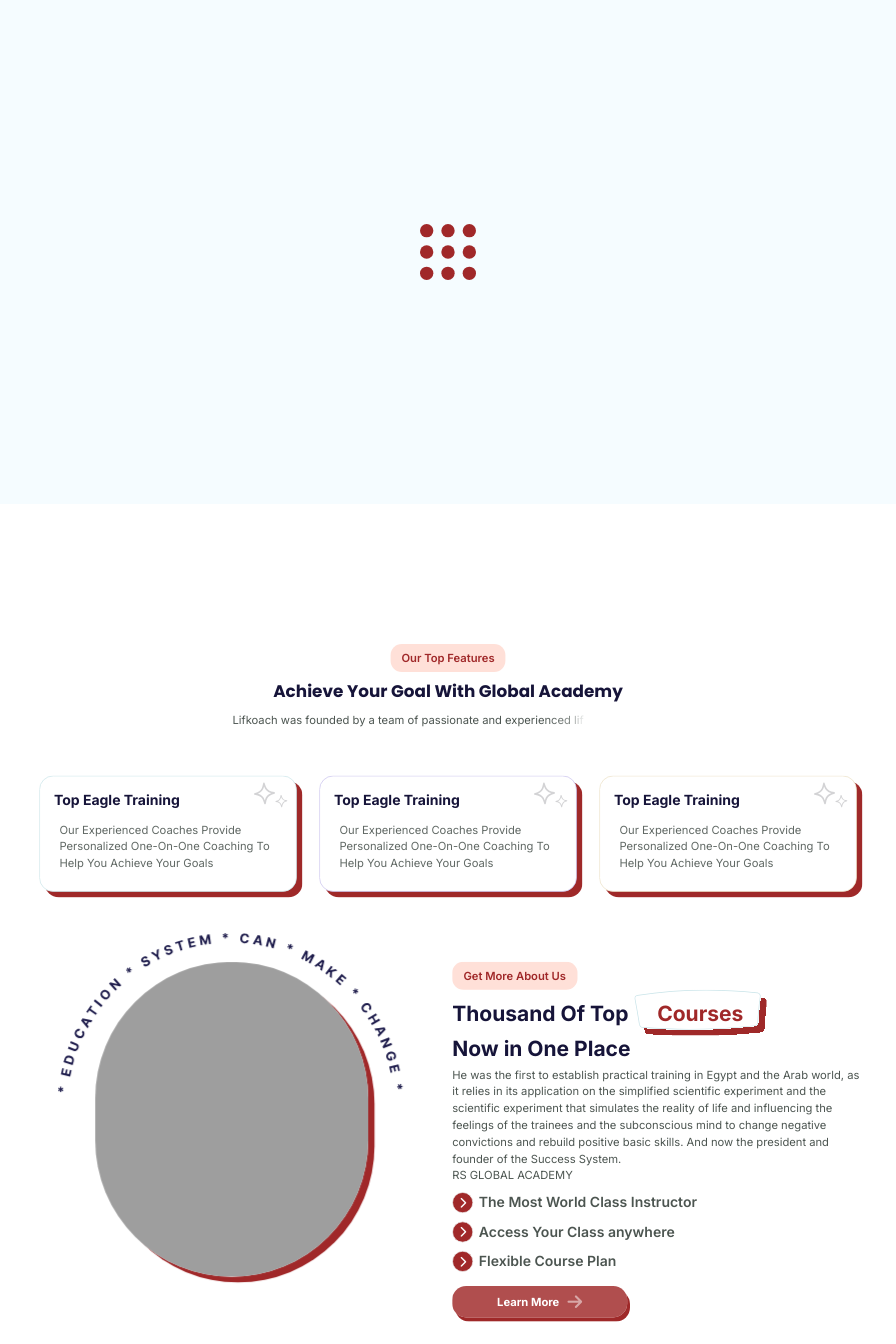
Repository: OmarAhmedEl-hanafy/OT_FRONT
Page: /
These files come from the project's save history. The page is drawn as it stood at one moment and after the next save; the edit follows.
The browser window is 1280 px wide. The pictures show the part of the page from y = 0 to 1920 px (the page is 5898 px tall), at 70% of full size.
Pictures or frames that could not be fetched are drawn as grey boxes. The page's requests for data from a server got no answer. The project was rebuilt for these pictures with package versions that can differ from the ones it lists, and the page was loaded fresh each time. No one was signed in, and anything a server would have sent is missing. Also part of the build but not shown: vite.config.ts, src/components/Legout/Legout.tsx, src/pages/AboutUs/AboutUs.css, src/pages/AboutUs/Section2.tsx, src/pages/AboutUs/Section3.tsx, src/pages/AboutUs/Section4.css, src/pages/AboutUs/Section4.tsx, src/pages/AboutUs/AboutUs.tsx and 28 more. Imported but missing from the stored project, and not drawn on this page: src/assets/images/video-1.mp4.

Above is the page before, as saved 2024-07-31 14:45:21.

### index.html
<!doctype html>
<html lang="en">
  <head>
    <meta charset="UTF-8" />
    <link rel="icon" type="image/svg+xml" href="/dist/OT_Logo.png" />
    <meta name="viewport" content="width=device-width, initial-scale=1.0" />
    <title>OT-Learning</title>
  </head>
  <body>
    <div id="root"></div>
    <script type="module" src="/src/main.tsx"></script>
  </body>
</html>

### src/main.tsx
import React from "react";
import ReactDOM from "react-dom/client";
import { BrowserRouter } from "react-router-dom";
import "@fortawesome/fontawesome-free/css/all.min.css";
import "slick-carousel/slick/slick.css";
import "slick-carousel/slick/slick-theme.css";
import 'react-toastify/dist/ReactToastify.css';
import App from "./App.tsx";
import "./index.css";
import { QueryClient, QueryClientProvider } from "react-query";
import { ThemeProvider } from "@material-tailwind/react";

const queryClient = new QueryClient();

ReactDOM.createRoot(document.getElementById("root")!).render(
  <React.StrictMode>
    <BrowserRouter>
      <QueryClientProvider client={queryClient}>
        <ThemeProvider>
          <App />
        </ThemeProvider>
      </QueryClientProvider>
    </BrowserRouter>
  </React.StrictMode>
);

### src/layouts/MainLayout.tsx
import { Outlet } from "react-router-dom";
import Navbar from "../components/Navbar/Navbar";
import Footer from "../components/Footer/Footer";
import { useRef } from "react";

function MainLayout() {
  const navRef = useRef(null);
  return (
    <>
      <Navbar ref={navRef} />
      <Outlet />
      <Footer />
    </>
  );
}

export default MainLayout;

### src/components/LoadingPage/LoadingPage.tsx
import { Grid } from "react-loader-spinner";

function LoadingPage() {
  return (
    <div className="absolute top-0 left-0 h-screen w-full bg-bg-main z-[9999999] flex items-center justify-center">
      <Grid
        visible={true}
        height="80"
        width="80"
        color="rgb(160,40,41)"
        ariaLabel="grid-loading"
        radius="12.5"
        wrapperStyle={{}}
        wrapperClass="grid-wrapper"
      />
    </div>
  );
}

export default LoadingPage;

### src/components/Logo/Logo.tsx
import { Link } from "react-router-dom";
import logo from "../../assets/images/logo.svg";

function Logo({height}:{height:number}) {
  return (
    <div>
      <Link to="/" style={{height:`${height}px`}} className={`text-white block max-w-max`}>
        <img src={logo} alt="RS" />
      </Link>
    </div>
  );
}

export default Logo;

### src/components/HomeComponents/PopularCourses.tsx
import TabsHome from "./TabsHome";

import imgcourse1 from "../../assets/images/courses/course-1.png";
import imgcourse2 from "../../assets/images/courses/course-2.png";
import imgcourse3 from "../../assets/images/courses/course-3.png";
import imgcourse4 from "../../assets/images/courses/course-4.png";
import axios from "axios";
import { useQuery } from "react-query";
import LoadingPage from "../LoadingPage/LoadingPage";

const imgsCourses = [imgcourse1, imgcourse2, imgcourse3, imgcourse4];

function PopularCourses() {
  const getCourses = () => {
    return axios.get(
      `${import.meta.env.VITE_APP_API_URL}/Courses/GetHomeCourses`
    );
  };

  const { data: courses, isLoading } = useQuery("getCourses", getCourses, {
    refetchOnMount: false,
    refetchOnWindowFocus: false,
    refetchInterval: false,
  });

  if (isLoading) return <LoadingPage />;

  return (
    <section className="my-[50px]">
      <div className="container">
        <h2 className="text-main-color text-4xl font-bold max-w-max mx-auto rounded-line ">
          Popular Courses
        </h2>

        {/* <h2 className="text-[#FD661F] font-bold mt-10 ml-5 animate-bounce"></h2> */}

        <div className="mt-[70px]">
          <TabsHome imgsCourses={imgsCourses} courses={courses} inHome = {true} />
        </div>
      </div>
    </section>
  );
}

export default PopularCourses;

### src/components/HomeComponents/AssistantCoach.tsx
import axios from "axios"
import HighLight from "../HighLight/HighLight"
import AssitantsSlider from "./AssitantsSlider"
import { useQuery } from "react-query";
import LoadingPage from "../LoadingPage/LoadingPage";

function AssistantCoach() {

  const GetInstructors = ()=> {
    return axios.get(`${import.meta.env.VITE_APP_API_URL}/Admin/GetInstructors`);
  }

  const {data:assitants, isLoading } = useQuery('GetInstructors',GetInstructors,{
    refetchInterval:false,
    refetchOnWindowFocus:false,
    refetchOnMount:false,
  })

  console.log(assitants);

  if(isLoading) return <LoadingPage/>


  return (
    <section className="my-[50px]">
        <div className="container">
            <div className="max-w-max mx-auto">
                <HighLight text={'Skilled Introduce'} />
            </div>
            <h2 className="text-xl md:text-2xl font-bold text-center mt-3">Our Top Class & Professional,<br/>
            Assistant Coach in One Place</h2>

            <AssitantsSlider assitants={assitants?.data} />
        </div>
    </section>
  )
}

export default AssistantCoach

### src/components/CarouselTest.tsx
/* eslint-disable @typescript-eslint/no-explicit-any */
import { useRef } from "react";
import Slider from "react-slick";

import img1 from "../assets/images/slider-header/step_1.png";
import img2 from "../assets/images/slider-header/step_2.png";
import img3 from "../assets/images/slider-header/step_3.png";
import img4 from "../assets/images/slider-header/step_4.png";
import img5 from "../assets/images/slider-header/step_5.png";

function Carousel() {
  let sliderRef1: any = useRef(null);
  let sliderRef2: any = useRef(null);

  const settings1 = {
    vertical: true,
    arrows: false,
    infinite: true,
    speed: 1000,
    slidesToShow: 1,
    slidesToScroll: 1,
  };

  const settings2 = {
    arrows: false,
    infinite: true,
    speed: 2000,
    slidesToShow: 1,
    slidesToScroll: 1,
  };

  const next = () => {
    sliderRef1.slickNext();
    sliderRef2.slickNext();
  };

  const previous = () => {
    sliderRef1.slickPrev();
    sliderRef2.slickPrev();
  };

  return (
    <div className="pb-[100px] text-white">
      <div className="relative border-2 h-full">
        <div className="">
          <Slider
            ref={(slider) => {
              sliderRef1 = slider;
            }}
            {...settings1}
            className=""
          >
            <div className="h-[450px] relative ">
              {/* <img className="w-full h-full" src={img1} alt="" /> */}
              <div className="desc mt-[70px] absolute w-1/2 left-[50px] flex flex-col justify-center">
                <h2 className="text-main-color text-4xl md:w-[50%] font-bold">
                  Transform your life with personalized coaching.
                </h2>
                <p className="w-[75%] text-black/70">
                  Empower yourself to unlock your full potential and transform
                  your life with personalized life coaching that guides you
                  towards clarity, confidence, and success.
                </p>
              </div>
            </div>
            <div className="h-[450px] relative">
              {/* <img className="w-full h-full" src={img2} alt="" /> */}
              <div className="desc mt-[70px] absolute w-1/2 left-[50px] flex flex-col justify-center">
                <h2 className="text-main-color text-4xl md:w-[50%] font-bold">
                  Achieve your goals and live your best life with expert
                  coaching.
                </h2>
                <p className="w-[75%] text-black/70">
                  Discover the power of life coaching to help you overcome
                  challenges, set meaningful goals, and achieve personal growth.
                  Our tailored coaching sessions provide support and guidance to
                  empower you to create a fulfilling and successful life.
                </p>
              </div>
            </div>
            <div className="h-[450px] relative">
              {/* <img className="w-full h-full" src={img3} alt="" /> */}
              <div className="desc mt-[70px] absolute w-1/2 left-[50px] flex flex-col justify-center">
                <h2 className="text-main-color text-4xl md:w-[50%] font-bold">
                  Realize Your Dreams and Excel with Professional Coaching.
                </h2>

                <p className="w-[75%] text-black/70">
                  Experience a journey of growth and success with our expert
                  life coaching. We provide personalized support to help you
                  reach your goals, overcome obstacles, and live your most
                  fulfilling life.
                </p>
              </div>
            </div>
            <div className="h-[450px] relative">
              {/* <img className="w-full h-full" src={img4} alt="" /> */}
              <div className="desc mt-[70px] absolute w-1/2 left-[50px] flex flex-col justify-center">
                <h2 className="text-main-color text-4xl md:w-[50%] font-bold">
                  Embrace elegance, ignite adventure, relish serenity, savor.
                </h2>
                <p className="w-[75%] text-black/70">
                  Ready to dive into luxury? Take a lightning tour through our
                  hotel's highlights, igniting your anticipation for the lavish
                  comforts and exclusive experiences that await your arrival.
                </p>
              </div>
            </div>
            <div className="h-[450px] relative">
              {/* <img className="w-full h-full" src={img5} alt="" /> */}
              <div className="desc mt-[70px] absolute w-1/2 left-[50px] flex flex-col justify-center">
                <h2 className="text-main-color text-4xl md:w-[50%] font-bold">
                  Enter the realm, luxuriate in opulence, depart.
                </h2>
                <p className="w-[75%] text-black/70">
                  Prepare for a glimpse into paradise! Embark on a
                  lightning-fast journey through our hotel's offerings, teasing
                  the luxurious amenities and captivating experiences that await
                  your stay.
                </p>
              </div>
            </div>
          </Slider>
        </div>

        <div className="absolute top-0 w-full h-full flex place-items-center text-main-color bg-white bg-opacity-5 ">
          <div className="navs absolute bottom-[50px] left-[55%] translate-x-1/4 flex gap-5">
            <button
              onClick={previous}
              type="button"
              className="text-main-color bg-white bg-opacity-30 rounded-full w-[40px] h-[40px] flex items-center justify-center"
            >
              <i className="fa-solid fa-arrow-left"></i>
            </button>
            <button
              onClick={next}
              type="button"
              className="text-main-color bg-white bg-opacity-30 rounded-full w-[40px] h-[40px] flex items-center justify-center"
            >
              <i className="fa-solid fa-arrow-right"></i>
            </button>
          </div>

          <div className="max-w-max max-h-max ">
            <div className="w-[100vw]">
              <Slider
                ref={(slider) => {
                  sliderRef2 = slider;
                }}
                {...settings2}
              >
                <div className="">
                  <div className="h-[300px] max-w-[488px] m-auto translate-x-[50%]">
                    <img className="w-full h-full" src={img1} alt="" />
                  </div>
                </div>
                <div className="">
                  <div className="h-[300px]  max-w-[488px] m-auto translate-x-[50%]">
                    <img className="w-full h-full" src={img2} alt="" />
                  </div>
                </div>
                <div className="">
                  <div className="h-[300px]  max-w-[488px] m-auto translate-x-[50%]">
                    <img className="w-full h-full" src={img3} alt="" />
                  </div>
                </div>
                <div className="">
                  <div className="h-[300px]  max-w-[488px] m-auto translate-x-[50%]">
                    <img className="w-full h-full" src={img4} alt="" />
                  </div>
                </div>
                <div className="">
                  <div className="h-[300px]  max-w-[488px] m-auto translate-x-[50%]">
                    <img className="w-full h-full" src={img5} alt="" />
                  </div>
                </div>
              </Slider>
            </div>
          </div>
        </div>
      </div>
    </div>
  );
}

export default Carousel;

### src/components/AnimationText.tsx
import { motion } from "framer-motion";

type props = {
  obj: {
    text: string;
  };
};

const spanVariants = {
  hidden: {
    opacity: 0,
    x: "-20%",
  },
  visible: {
    opacity: 1,
    x: "0%",
  },
};

function AnimationText({ obj }: props) {
  const text = obj.text;

  return (
    <>
      {text.split("").map((char, index) => (
        <motion.span
          variants={spanVariants}
          initial="hidden"
          // animate={"visible"}
          whileInView={"visible"}
          transition={{ ease: "easeOut", duration: 1, delay: (0.3+index/10) }}
          key={index}
        >
          {char}
        </motion.span>
      ))}
    </>
  );
}

export default AnimationText;

### src/components/HighLight/HighLight.tsx

type props = {
    text:string,
}

function HighLight({text}:props) {
  return (
    <div className="bg-[#FFE0D8] text-main-color px-4 py-2 rounded-2xl max-w-max">
        <h5 className="capitalize text-[16px] font-semibold">{text}</h5>
    </div>
  )
}

export default HighLight

### src/components/ButtonMore/ButtonMore.tsx
import { Link } from "react-router-dom"

type props = {
    obj : {
        link:string,
        text:string,
    }
}

function ButtonMore({obj}:props) {
  return (
    <Link to={obj.link} className="btn btn-main btn-more w-[250px]" data-content ={obj.text}>
        {obj.text}
        <i className="fas fa-arrow-right ml-3 text-2xl animate-pulse"></i>
    </Link>
  )
}

export default ButtonMore

### src/components/HomeComponents/BoxWhy/BoxWhy.tsx
import { useRef } from "react";
import "./BoxWhy.css";
import { useInView, motion } from "framer-motion";

const divLeftVariants = {
  hidden: {
    opacity: 0,
    x: "-20%",
  },
  visible: {
    opacity: 1,
    x: "0%",
  },
};

function PopularCourses({ boxWhy }: any) {
  const ref = useRef(null);
  const isInView = useInView(ref);

  return (
    <motion.div
      ref={ref}
      variants={divLeftVariants}
      initial="hidden"
      animate={`${isInView ? "visible" : ""}`}
      transition={{ ease:"backIn", duration: 1, delay: 0.3 }}
      className={`box-hover ${
        boxWhy.title === "Spiritual side" || boxWhy.title === "Family side"
          ? "box-why"
          : ""
      } `}
    >
      <h2 className="font-bold">{boxWhy.title}</h2>
      <p className="my-3 leading-[26px]">{boxWhy.description}</p>
    </motion.div>
  );
}

export default PopularCourses;

### src/components/HomeComponents/Consult.tsx

function Consult({ consult }: any) {
  return (
    <div className="flex items-center gap-3">
      <div
        style={{ boxShadow: "5px 5px 0px rgba(0, 0, 0, 0.25)" }}
        className="flex items-center justify-center w-[55px] h-[55px] bg-main-color rounded-full"
      >
        {consult.icon}
      </div>

      <div className="">
        <h4 className="font-bold text-[16px]">{consult.text}</h4>
      </div>
    </div>
  );
}

export default Consult;

### src/components/HomeComponents/AchievementBox.tsx
import CountUp from "react-countup"

function AchievementBox({achievement}:any) {
  return (
    <div className="flex items-center gap-3">
        <div className="shadow-lg">
            {achievement.icon}
        </div>
        <div className="flex flex-col">
            <span className="text-2xl font-bold font-raleway">
                <CountUp end={achievement.number} duration={2} enableScrollSpy={true} /> +</span>
            <p>{achievement.name}</p>
        </div>
    </div>
  )
}

export default AchievementBox

### src/components/HomeComponents/BoxWhy/BoxWhy.css

.box-hover {
  transition: all 0.6s;
  -webkit-transition: all 0.6s;
  -moz-transition: all 0.6s;
  -ms-transition: all 0.6s;
  -o-transition: all 0.6s;
  padding: 24px 40px 25.01px;
}

.box-why,
.box-hover:hover {
  position: relative;
  padding: 24px 40px 25.01px;
  box-shadow: 0px 5px 30px rgba(39, 35, 74, 0.1);
  border-radius: 8px;
  background-color: #ffffff;
  overflow: hidden;
}

.box-why::before,
.box-why::after,
.box-hover::before,
.box-hover::after {
  position: absolute;
  content: "";
  top: 0;
  height: 100%;
  transition: all 0.6s;
  -webkit-transition: all 0.6s;
  -moz-transition: all 0.6s;
  -ms-transition: all 0.6s;
  -o-transition: all 0.6s;
}

.box-why::before,
.box-hover:hover::before {
  left: 0;
  width: 15px;
  background-color: rgba(226, 32, 32, 0.815);
}

.box-why::after,
.box-hover:hover::after {
  right: 0;
  width: 30px;
  background-color: var(--bg-main);
}

Loaded but not shown: tailwind.config.js (39 lines, source omitted); src/components/HomeComponents/FreeConsulting.tsx (167 lines, source omitted); src/components/HomeComponents/TopFeatures.tsx (172 lines, source omitted); src/components/HomeComponents/MoreAboutUs.tsx (194 lines, source omitted); src/components/HomeComponents/Achievement.tsx (196 lines, source omitted); src/components/Navbar/Navbar.tsx (225 lines, source omitted); src/components/HomeComponents/BlogBox.tsx (96 lines, source omitted); src/pages/AboutUs/Section2.css (357 lines, source omitted); src/components/Footer/Contact.tsx (109 lines, source omitted); src/components/HomeComponents/Feature.tsx (88 lines, source omitted); src/components/HomeComponents/StudentFeedback.tsx (120 lines, source omitted); src/components/HomeComponents/Nums.tsx (81 lines, source omitted); src/index.css (171 lines, source omitted); src/components/Footer/Footer.tsx (65 lines, source omitted); src/pages/AboutUs/Section3.css (173 lines, source omitted); src/components/HomeComponents/WhyTraining.tsx (62 lines, source omitted); src/App.tsx (76 lines, source omitted); src/pages/Home/Home.tsx (72 lines, source omitted); src/components/HomeComponents/Header.tsx (72 lines, source omitted); src/components/HomeComponents/StudentFeedBackBox.tsx (36 lines, source omitted); src/components/HomeComponents/Blogs.tsx (55 lines, source omitted)

After the next save:
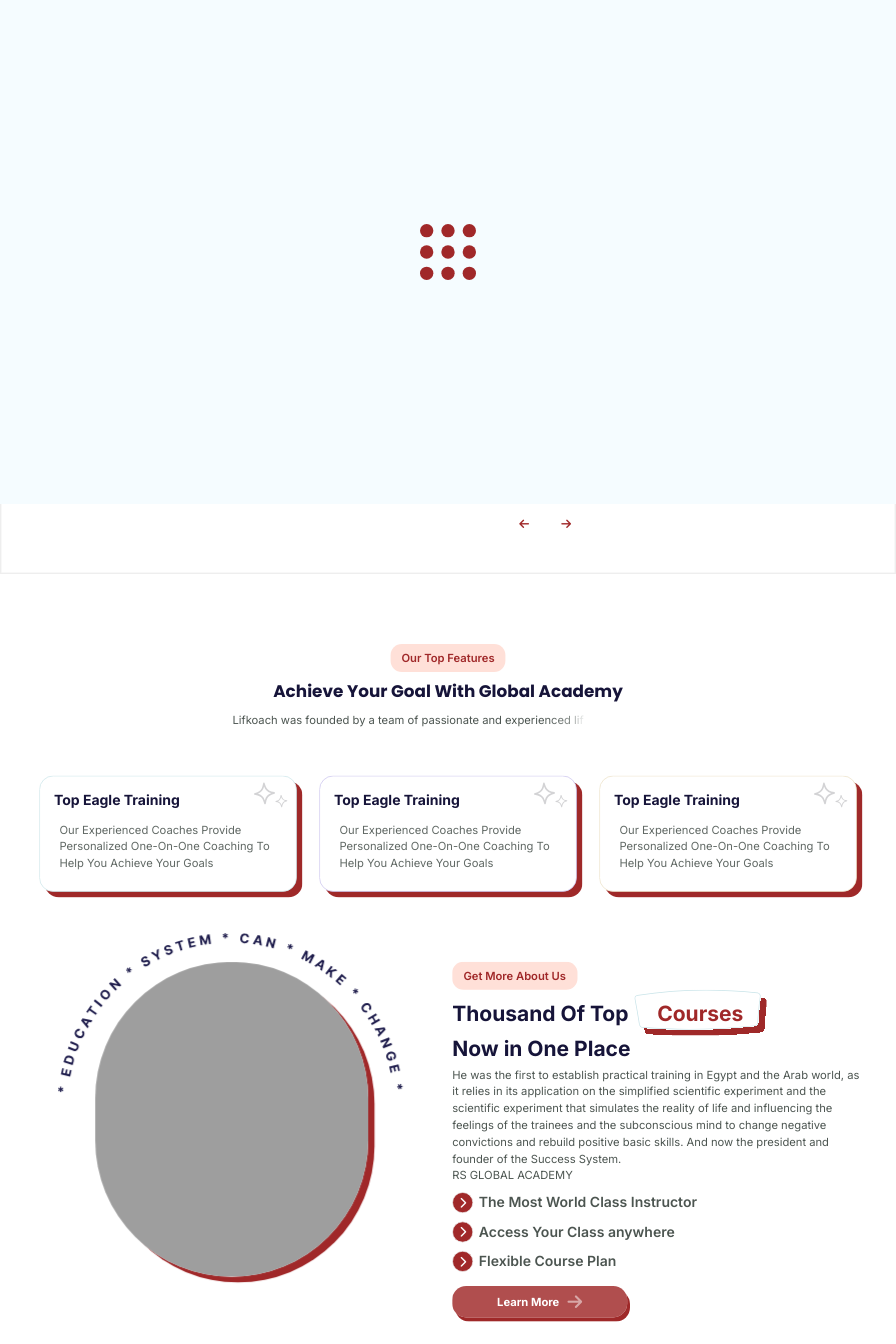
Saved 16 s later.
--- a/src/components/CarouselTest.tsx
+++ b/src/components/CarouselTest.tsx
@@ -41,7 +41,7 @@
 
   return (
     <div className="pb-[100px] text-white">
-      <div className="relative border-2 h-full">
+      <div className="relative border-2 h-screen">
         <div className="">
           <Slider
             ref={(slider) => {

After the save that followed:
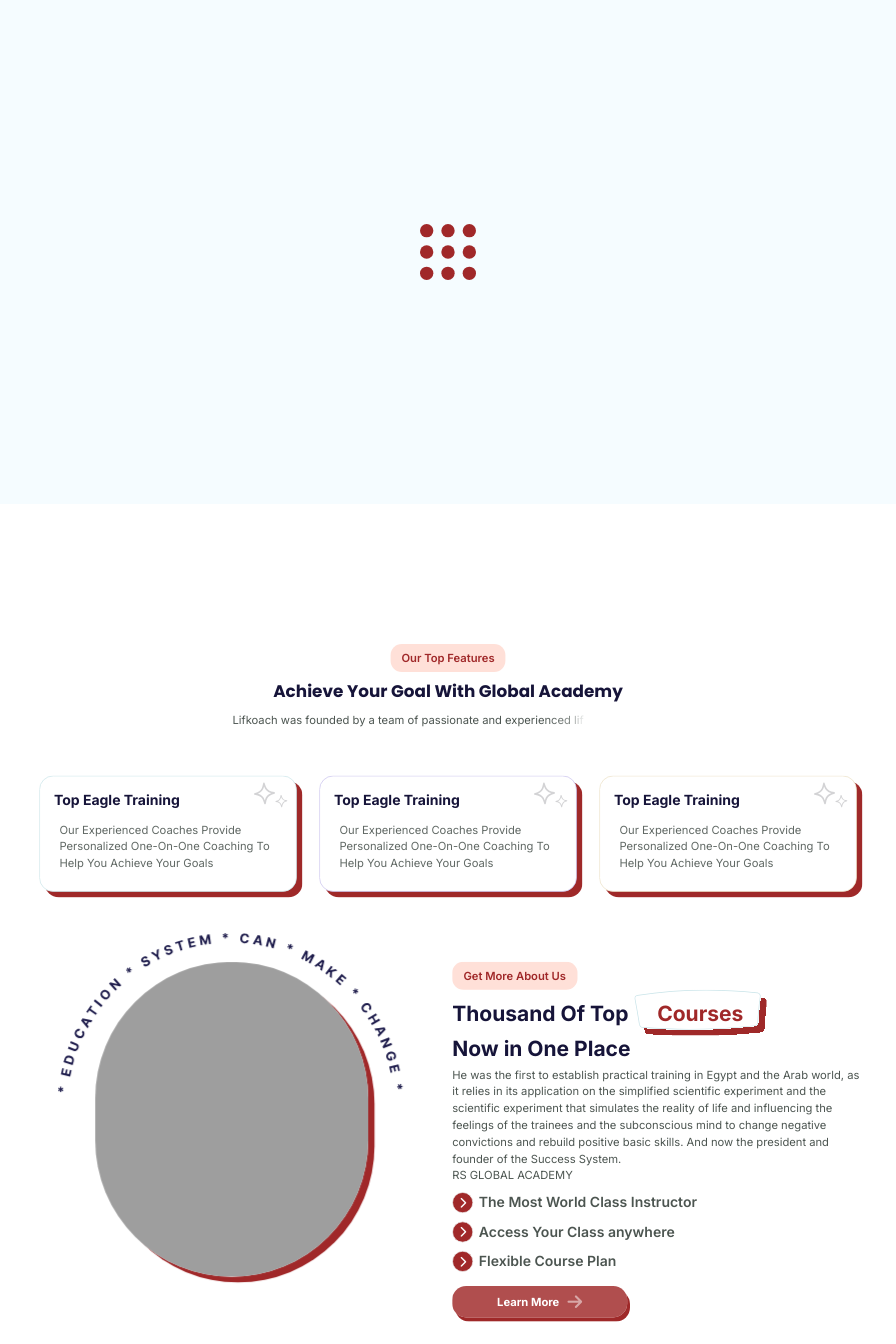
Saved 19 s later.
--- a/src/components/CarouselTest.tsx
+++ b/src/components/CarouselTest.tsx
@@ -41,7 +41,7 @@
 
   return (
     <div className="pb-[100px] text-white">
-      <div className="relative border-2 h-screen">
+      <div className="relative border-2">
         <div className="">
           <Slider
             ref={(slider) => {
